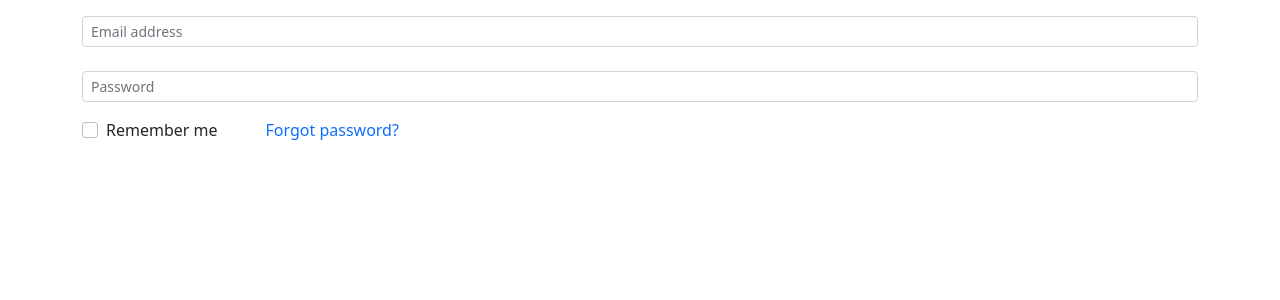
Repository: NPhanA/React2022
Page: / (app in Day 03-React/exercise/)
The author's editor kept a copy of each file at every save. The page is drawn from the files as they stood at one save, then again after the next save.
The browser window is 1280 px wide. The pictures show the whole page.
The project was rebuilt for these pictures with package versions that can differ from the ones it lists, and the page was loaded fresh each time. Also part of the build but not shown: Day 03-React/exercise/src/App.css, Day 03-React/exercise/src/App.js, Day 03-React/exercise/src/Components/UserAgent.js, Day 03-React/exercise/src/Components/ProfileCard.js.

Above is the page before, as saved 2022-07-26 17:33:37.

After the next save:
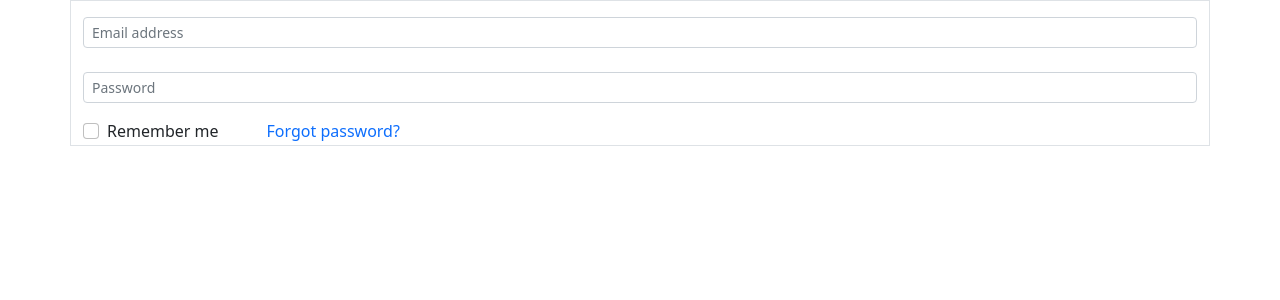
Saved 4 h 34 min later.
--- a/Day 03-React/exercise/src/Components/SignInForm.js
+++ b/Day 03-React/exercise/src/Components/SignInForm.js
@@ -1,7 +1,7 @@
 function SignInForm() {
     return (
         <div className="container ">
-            <div className="row justify-content-center">
+            <div className="row justify-content-center border">
                 <form>
                 <div className="col-xs-12 col-xxl-3">
                 <input type="email" className="form-control form-control-sm mt-3 mb-4" placeholder="Email address" required></input>

After the save that followed:
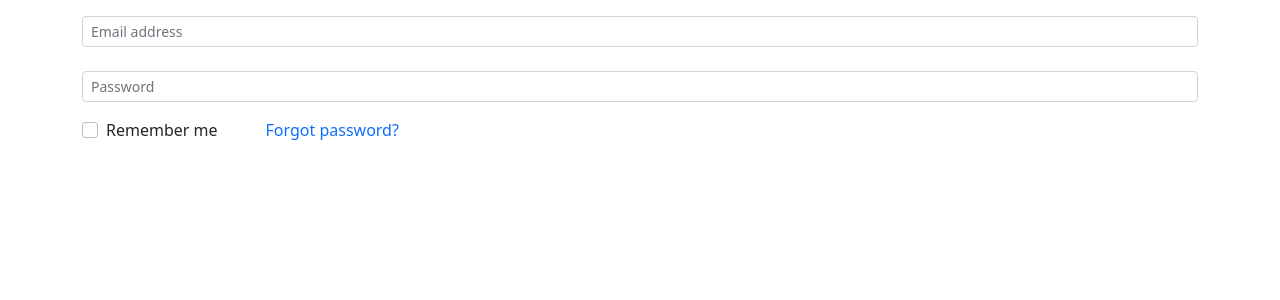
Saved 24 s later.
--- a/Day 03-React/exercise/src/Components/SignInForm.js
+++ b/Day 03-React/exercise/src/Components/SignInForm.js
@@ -1,7 +1,8 @@
 function SignInForm() {
     return (
         <div className="container ">
-            <div className="row justify-content-center border">
+            <div className="row justify-content-center ">
+                <div>
                 <form>
                 <div className="col-xs-12 col-xxl-3">
                 <input type="email" className="form-control form-control-sm mt-3 mb-4" placeholder="Email address" required></input>
@@ -17,6 +18,7 @@ function SignInForm() {
                 <span className="text-primary ms-5">Forgot password?</span>
 </div>
                 </form>
+                </div>
             </div>
         </div>
     );
